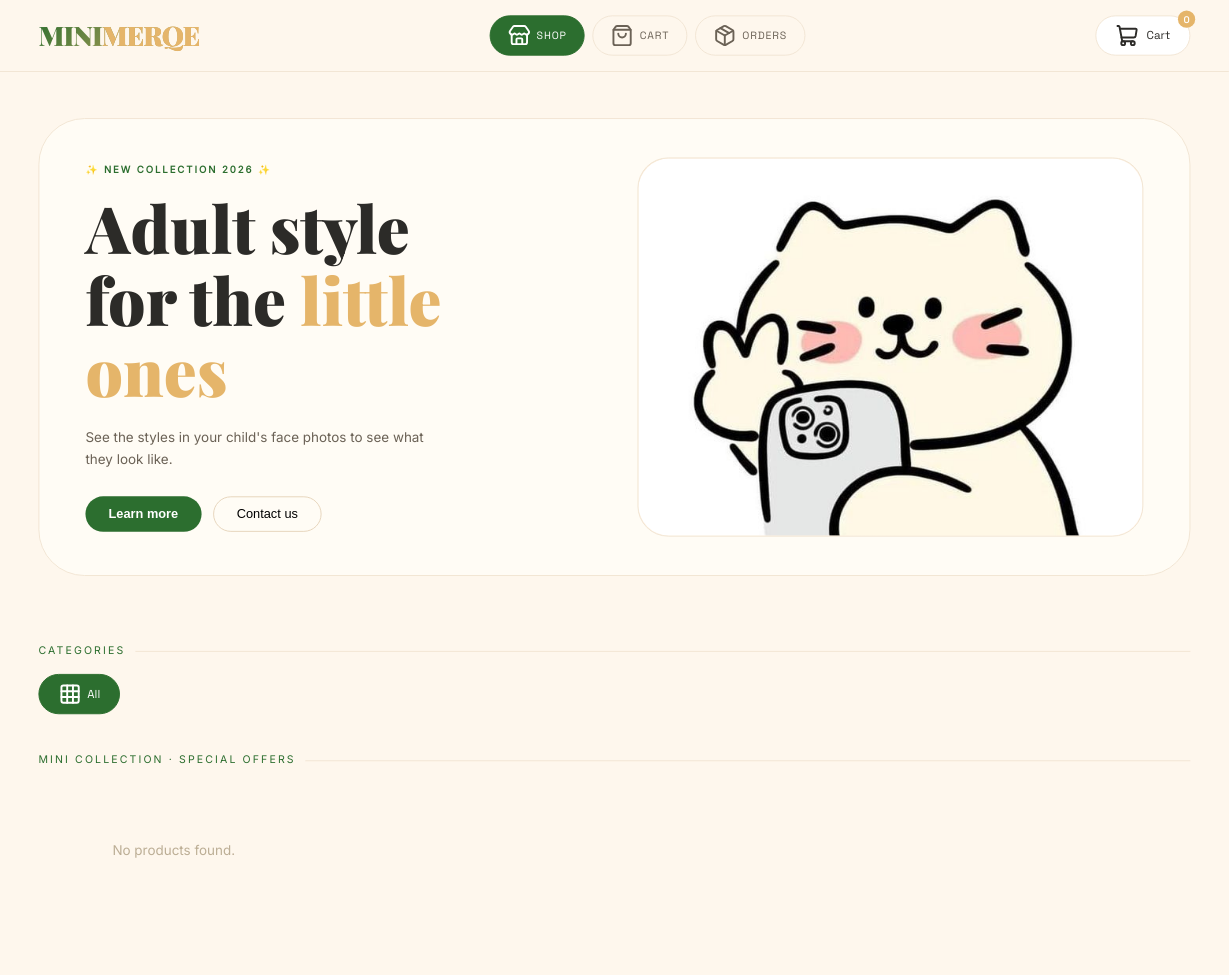
Repository: Pegasuarr/mini-shop
Page: merqe-frontend/Index.html
The author's editor kept a copy of each file at every save. The page is drawn from the files as they stood at one save, then again after the next save.
The browser window is 1280 px wide. The pictures show the whole page, at 96% of full size.
The page's requests for data from a server got no answer. Some web libraries are served in a nearby version.

Above is the page before, as saved 2026-06-26 12:53:37.

After the next save:
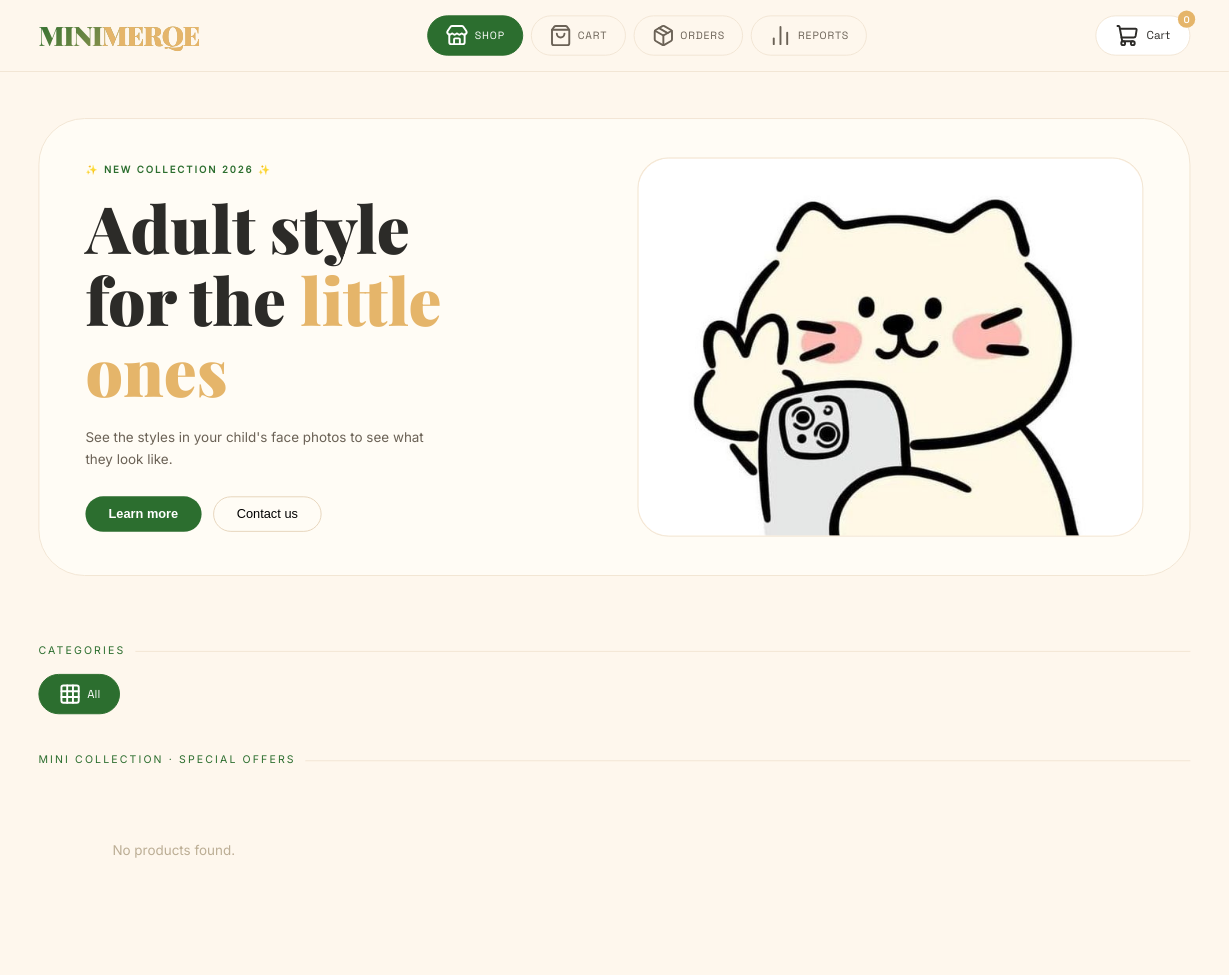
Saved 10 min 1 s later.
--- a/merqe-frontend/Index.html
+++ b/merqe-frontend/Index.html
@@ -22,6 +22,9 @@
     <button data-view="orders">
       <i data-lucide="package"></i> Orders
     </button>
+    <button data-view="report">
+      <i data-lucide="bar-chart-2"></i> Reports
+    </button>
   </nav>
   <button class="cart-btn" data-view="cart">
     <i data-lucide="shopping-cart"></i> Cart
@@ -29,10 +32,8 @@
   </button>
 </header>
 
-
+<!-- SHOP VIEW -->
 <div id="view-shop" class="view active">
-
-  <!-- HERO -->
   <div class="hero">
     <div class="hero-text">
       <div class="hero-label">✨ new collection 2026 ✨</div>
@@ -43,44 +44,58 @@
         <button class="hero-btn-secondary" id="contactBtn">Contact us</button>
       </div>
     </div>
-
     <div class="hero-img">
       <img
         src="images/hero.jpg"
         alt="Mini Merqe collection"
         onerror="this.style.display='none'; this.nextElementSibling.style.display='flex'"
       >
-      <!-- shown when hero.jpg is missing -->
       <div class="hero-img-fallback">
         <i data-lucide="image"></i>
         <span>Add <strong>images/hero.jpg</strong></span>
       </div>
     </div>
-
   </div>
 
   <div class="section-label">Categories</div>
   <div class="categories" id="categories-bar"></div>
 
   <div class="section-label">Mini collection · special offers</div>
-
   <div class="products-grid" id="products-grid"></div>
-
 </div>
 
-<!-- card view -->
+<!-- CART VIEW -->
 <div id="view-cart" class="view">
   <h2><i data-lucide="shopping-bag"></i> Your Cart</h2>
   <div id="cart-body"></div>
 </div>
 
-<!-- orders view -->
+<!-- ORDERS VIEW -->
 <div id="view-orders" class="view">
   <h2><i data-lucide="package"></i> Orders</h2>
   <div id="orders-body"></div>
 </div>
 
-<!-- checkout -->
+<!-- REPORT VIEW -->
+<div id="view-report" class="view">
+  <div class="report-header-section">
+    <h2><i data-lucide="bar-chart-2"></i> Daily Purchase Report</h2>
+    <div class="report-controls">
+      <div class="report-search">
+        <input type="text" id="reportSearch" placeholder="Search orders..." />
+        <button id="reportSearchBtn"><i data-lucide="search"></i></button>
+      </div>
+      <div class="report-date-filters">
+        <input type="date" id="reportDate" />
+        <button id="reportFilterBtn" class="btn-primary">Filter</button>
+        <button id="reportResetBtn" class="btn-secondary">Reset</button>
+      </div>
+    </div>
+  </div>
+  <div id="report-body"></div>
+</div>
+
+<!-- CHECKOUT MODAL -->
 <div id="checkout-modal" style="display:none">
   <div class="modal-overlay">
     <div class="modal">
@@ -107,6 +122,19 @@
   </div>
 </div>
 
+<!-- ORDER DETAIL MODAL -->
+<div id="orderDetailModal" style="display:none">
+  <div class="modal-overlay">
+    <div class="modal modal-wide">
+      <h3><i data-lucide="eye"></i> Order Details</h3>
+      <div id="orderDetailBody"></div>
+      <div class="modal-actions">
+        <button class="btn-cancel" id="closeDetailModalBtn">Close</button>
+      </div>
+    </div>
+  </div>
+</div>
+
 <script src="app.js"></script>
 </body>
 </html>
